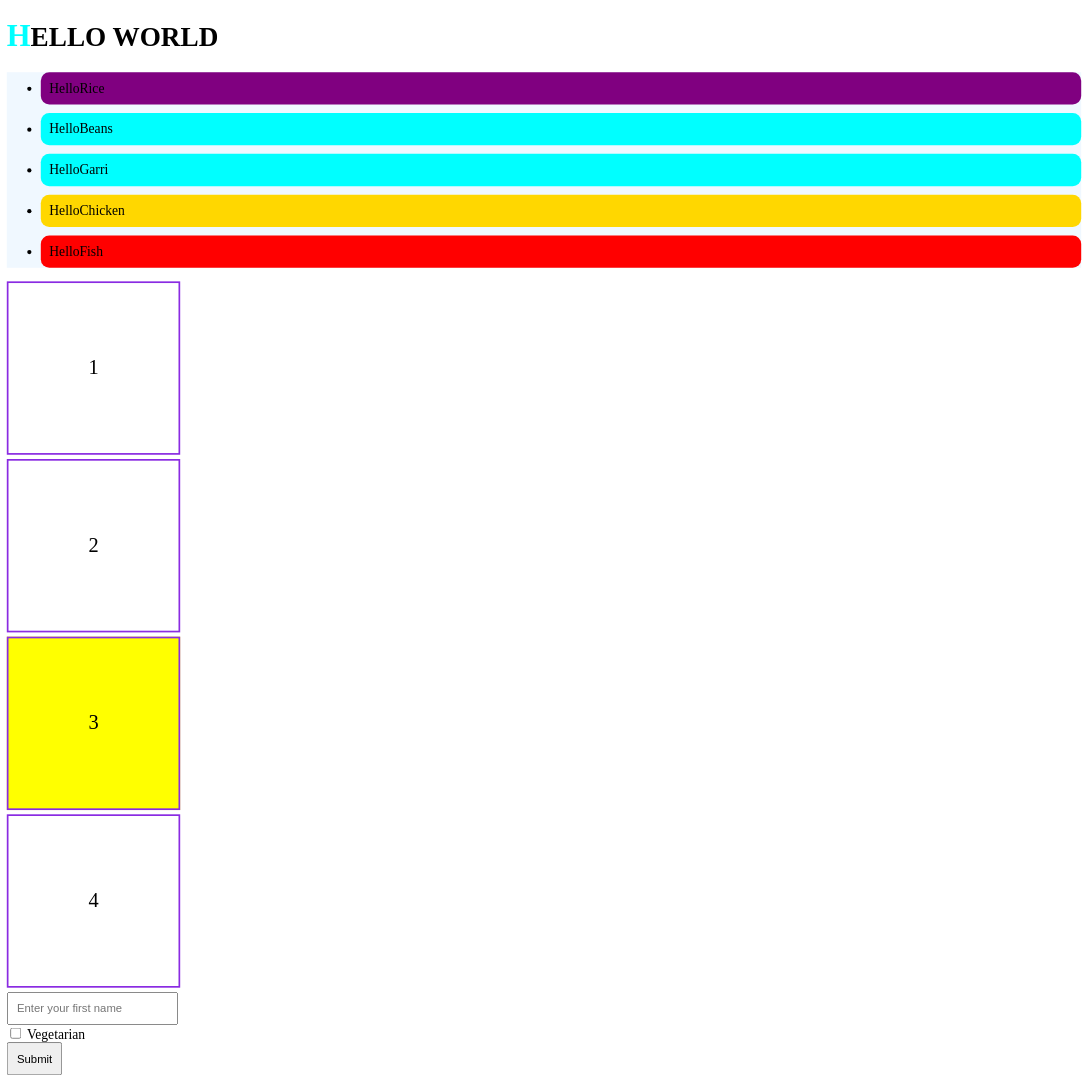
Repository: latenightsnacc/HTML-LESSONS
Page: WEB-DESIGN-2/lessons/pseudoClasses.html
An editor plug-in stored every save of this project. The page is shown before and after the next save, followed by the edit.
The browser window is 1280 px wide. The pictures show the whole page, at 85% of full size.

Above is the page before, as saved 2021-09-28 12:35:43.

### WEB-DESIGN-2/lessons/pseudoClasses.html
<!DOCTYPE html>
<html lang="en">
<head>
    <meta charset="UTF-8">
    <meta http-equiv="X-UA-Compatible" content="IE=edge">
    <meta name="viewport" content="width=device-width, initial-scale=1.0">
    <title>Pseudo Classes</title>
    <style>
        .list {
            background-color: aliceblue;
        }
        li {
            padding: 10px;
            background-color: aqua;
            margin: 10px 0px;
            border-radius: 10px;
        }
      .list li:first-child {
          background-color: blue;
      }
      .list li:last-child {
          background-color: red;
      }
      .list li:nth-child(4) {
          background-color: gold;
      }
      .list li:nth-last-child(5) {
          background-color: purple;
      }
      .list li::before {
          content: 'Hello';

      }
        .input {
            padding: 10px;
            outline: none;
            display: block;
        }
        .input:focus {
            border: 2px solid salmon;
        }
        .input:focus-within {
            border: 2px solid salmon !important;
        }
        .checked:checked{
            background-color: blue !important;
        }
        .box {
            width: 200px;
            height: 200px;
            border: 2px solid blueviolet;
            margin-bottom: 5px;
            display: flex;
            justify-content: center;
            align-items: center;
            font-size: x-large;
        }
        .box:nth-of-type(3) {
            background-color: yellow;
        }
        H1 {
            color: black;
        }
        h1::first-letter {
            color: aqua;
            font-size: 36px;

        }

    </style>
</head>
<body>
    <h1>HELLO WORLD</h1>
    <ul class="list">
        <li>Rice</li>
        <li>Beans</li>
        <li>Garri</li>
        <li>Chicken</li>
        <li>Fish</li>
    </ul>
    <div class="grid">
        <div class="box">1</div>
        <div class="box">2</div>
        <div class="box">3</div>
        <div class="box">4</div>
    </div>
    <form name="contact" id="contact" class="form" method="" action="form.php">
        <input class="input" type="text" name="fname" id="fname" placeholder="Enter your first name" />
        <input class="checked" type="checkbox" name="vegetarian" value="Vegetarian" />
        <label for="vegetarian">Vegetarian</label>
        <input class="input" type="button" value="Submit"/>
    </form>
</body>
</html>

After the next save:
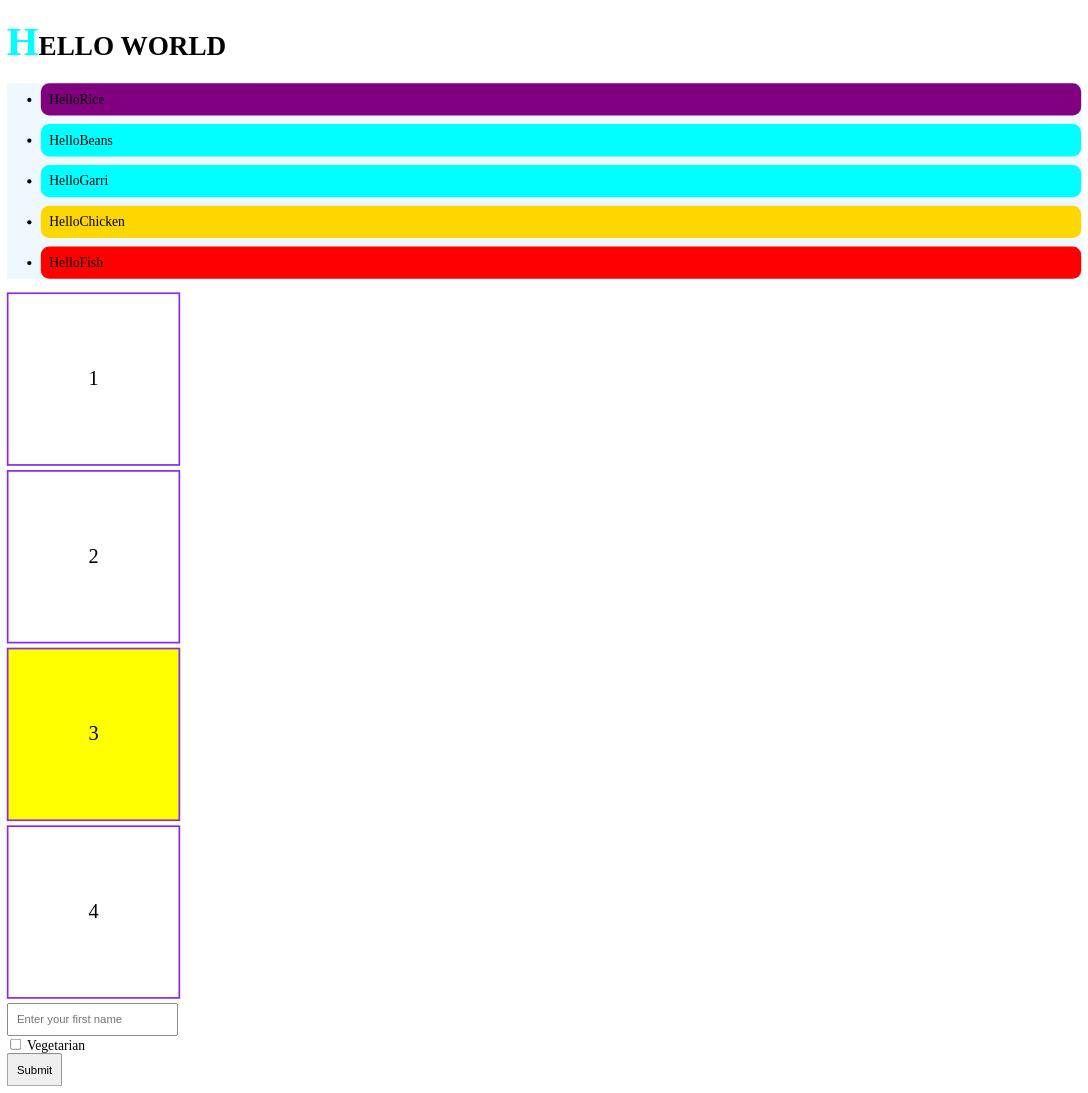
Saved 4 s later.
--- a/WEB-DESIGN-2/lessons/pseudoClasses.html
+++ b/WEB-DESIGN-2/lessons/pseudoClasses.html
@@ -63,7 +63,7 @@
         }
         h1::first-letter {
             color: aqua;
-            font-size: 36px;
+            font-size: 48px;
 
         }
 
